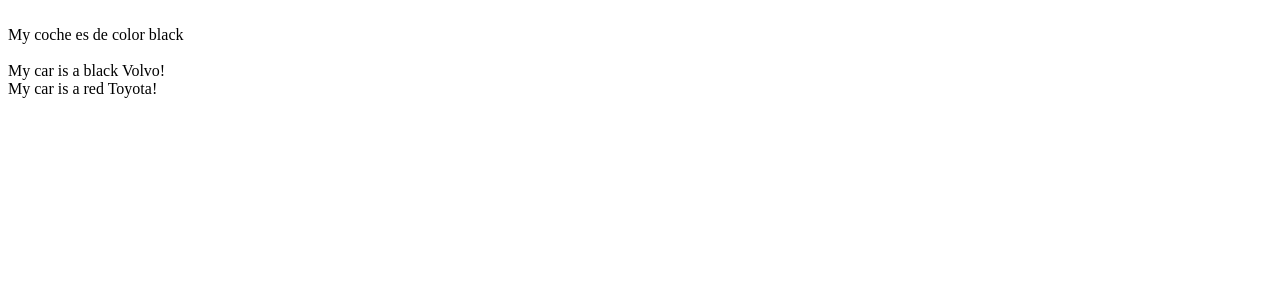
Repository: pedroblanch/ejerciciosPhp2021-2022
Page: http://localhost/
These files come from the project's save history. The page is drawn as it stood at one moment and after the next save; the edit follows.
The browser window is 1280 px wide. The pictures show the whole page.
The page is run by PHP 8.4 with error messages shown; the project is at /var/www/html/.

Above is the page before, as saved 2021-12-15 11:10:31.

After the next save:
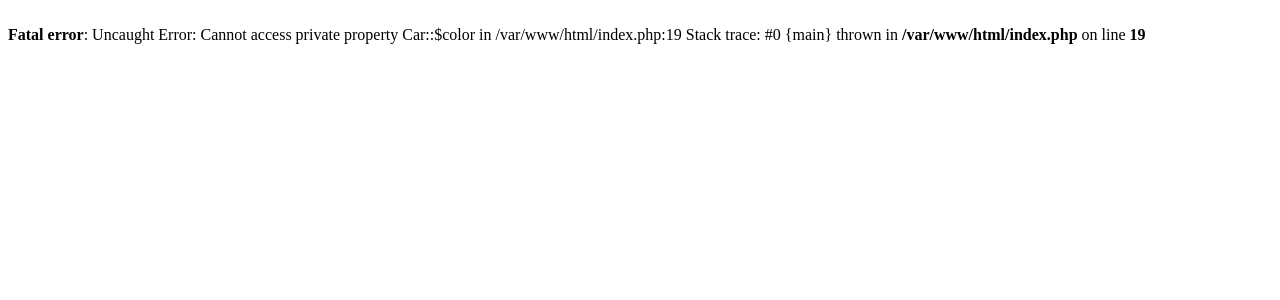
Saved 20 s later.
--- a/holaMundo/index.php
+++ b/holaMundo/index.php
@@ -4,7 +4,7 @@
 
  <?php
 class Car {
-  public $color;
+  private $color;
   public $model;
   public function __construct($color, $model) {
     $this->color = $color;
